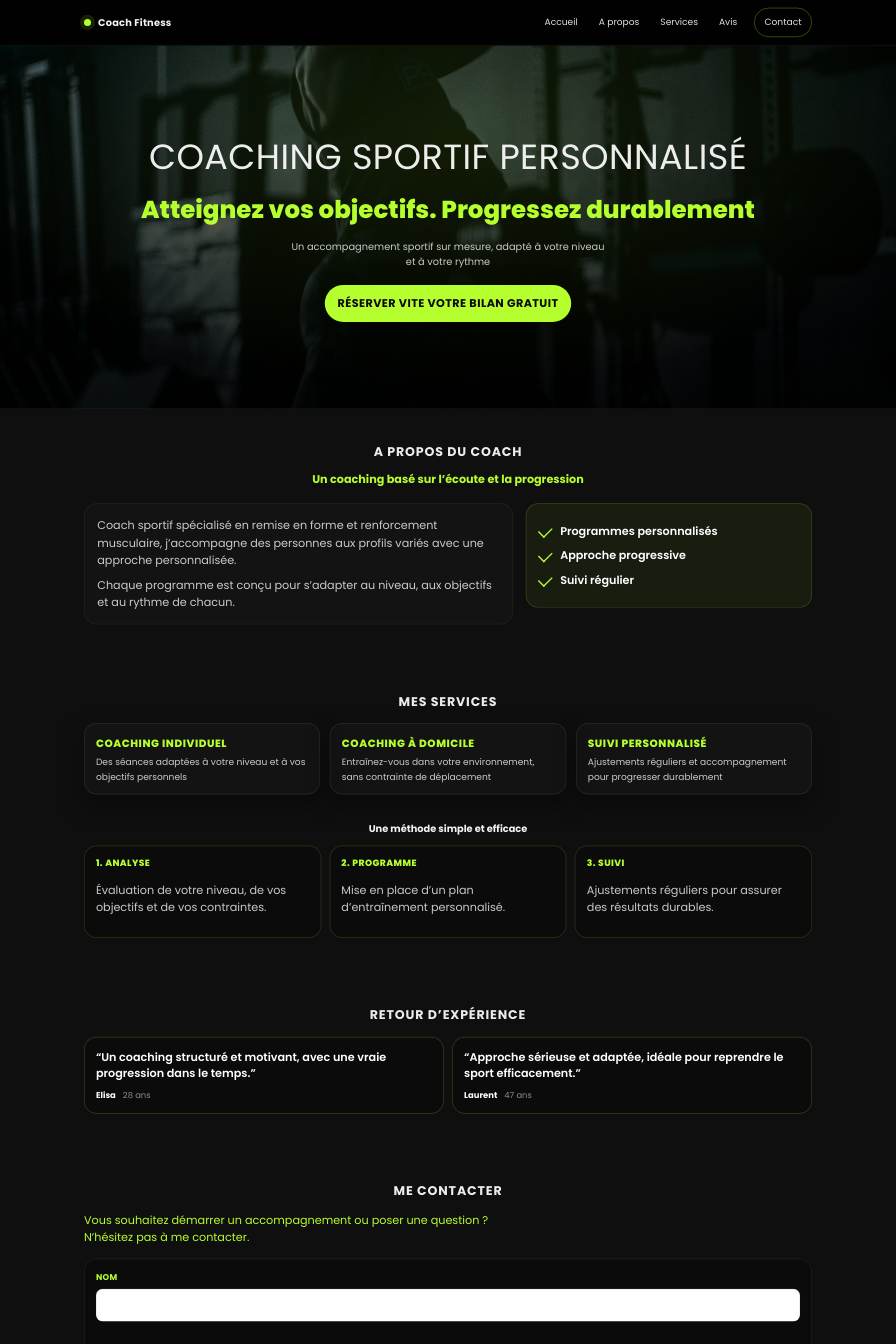
Repository: ThomasHdrd/CoachFitness
Page: index.html
The author's editor kept a copy of each file at every save. The page is drawn from the files as they stood at one save, then again after the next save.
The browser window is 1280 px wide. The pictures show the part of the page from y = 0 to 1920 px (the page is 2987 px tall), at 70% of full size.

Above is the page before, as saved 2026-01-20 21:52:53.

After the next save:
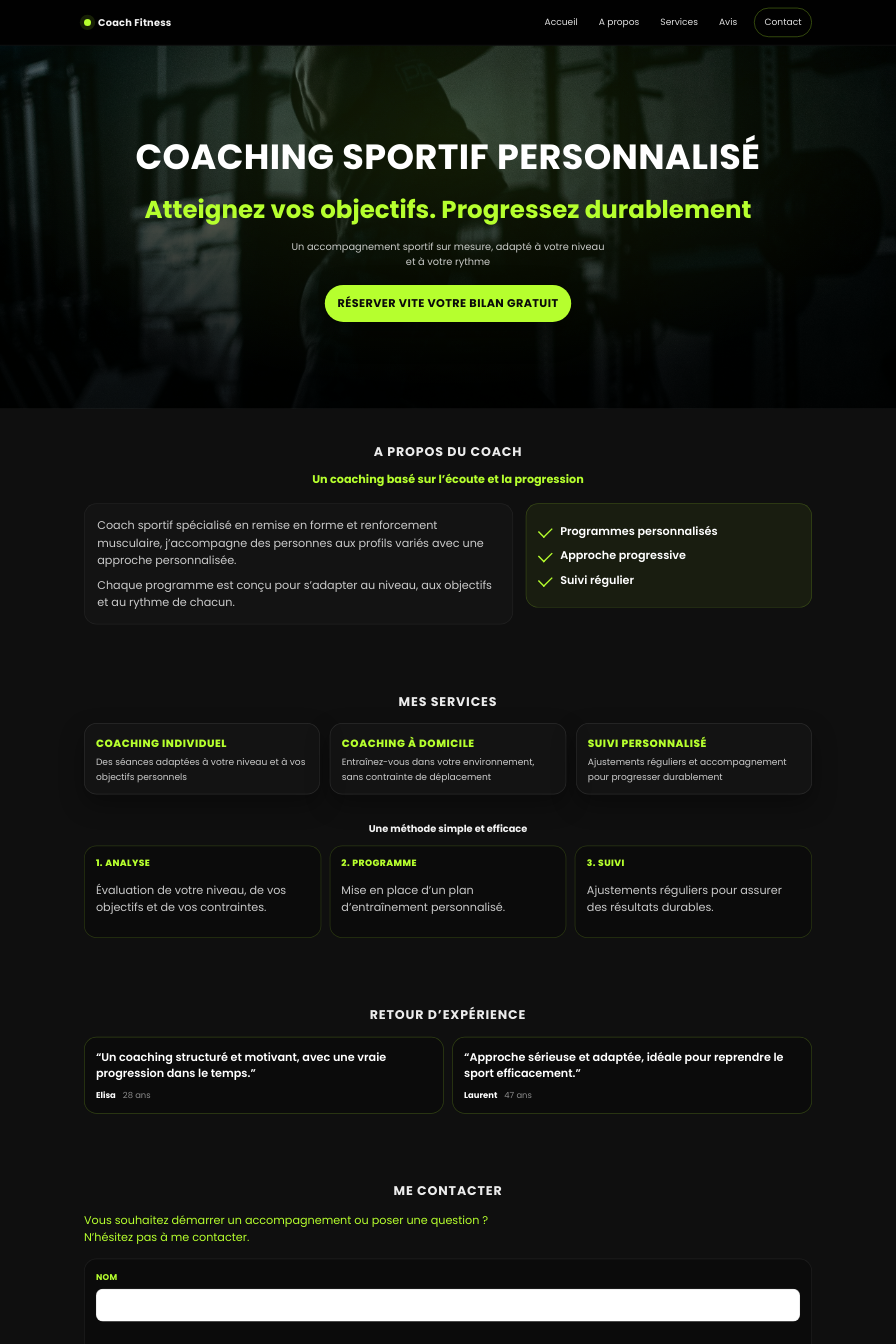
Saved 15 s later.
--- a/styles.css
+++ b/styles.css
@@ -146,12 +146,12 @@ body{
   font-size: 50px;
   letter-spacing: .6px;
   text-transform: uppercase;
-  opacity: .92;
+  font-weight: bold;
 }
 .hero-title{
   margin: 0 auto;
   font-size: 35px;
-  font-weight: 800;
+  font-weight: semi-bold;
 }
 .hero-title .accent{
   display:block;
